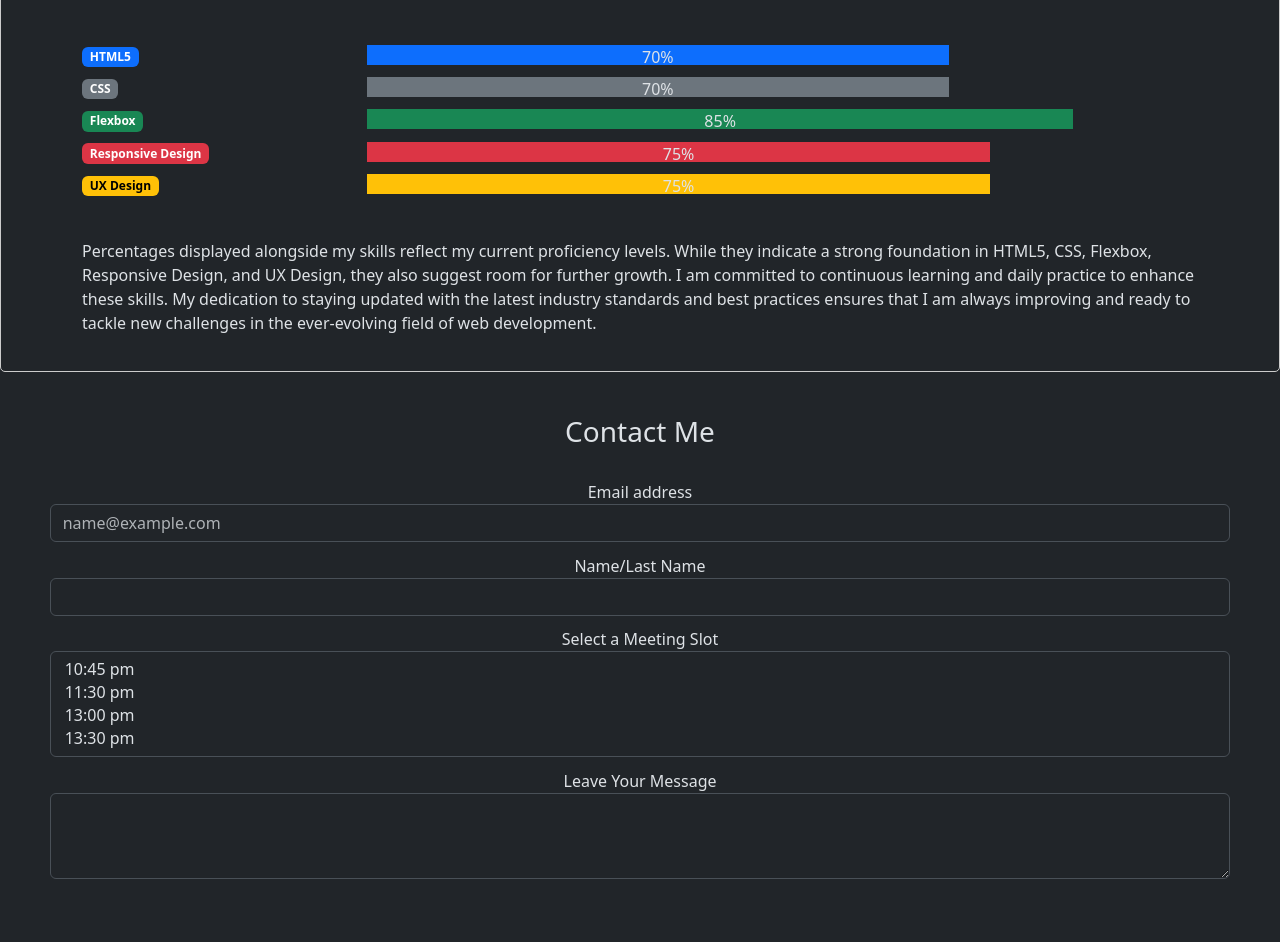
Repository: uvee35/Bootstrap-Portfolio
Page: index.html
An editor plug-in stored every save of this project. The page is shown before and after the next save, followed by the edit.
The browser window is 1280 px wide. The pictures show the part of the page from y = 1187 to 2139 px (the page is 2129 px tall before and 2139 px after).
A picture or video elsewhere on the page could not be fetched, so the positions and the page height are approximate.

Above is the page before, as saved 2023-12-18 20:28:30.

After the next save:
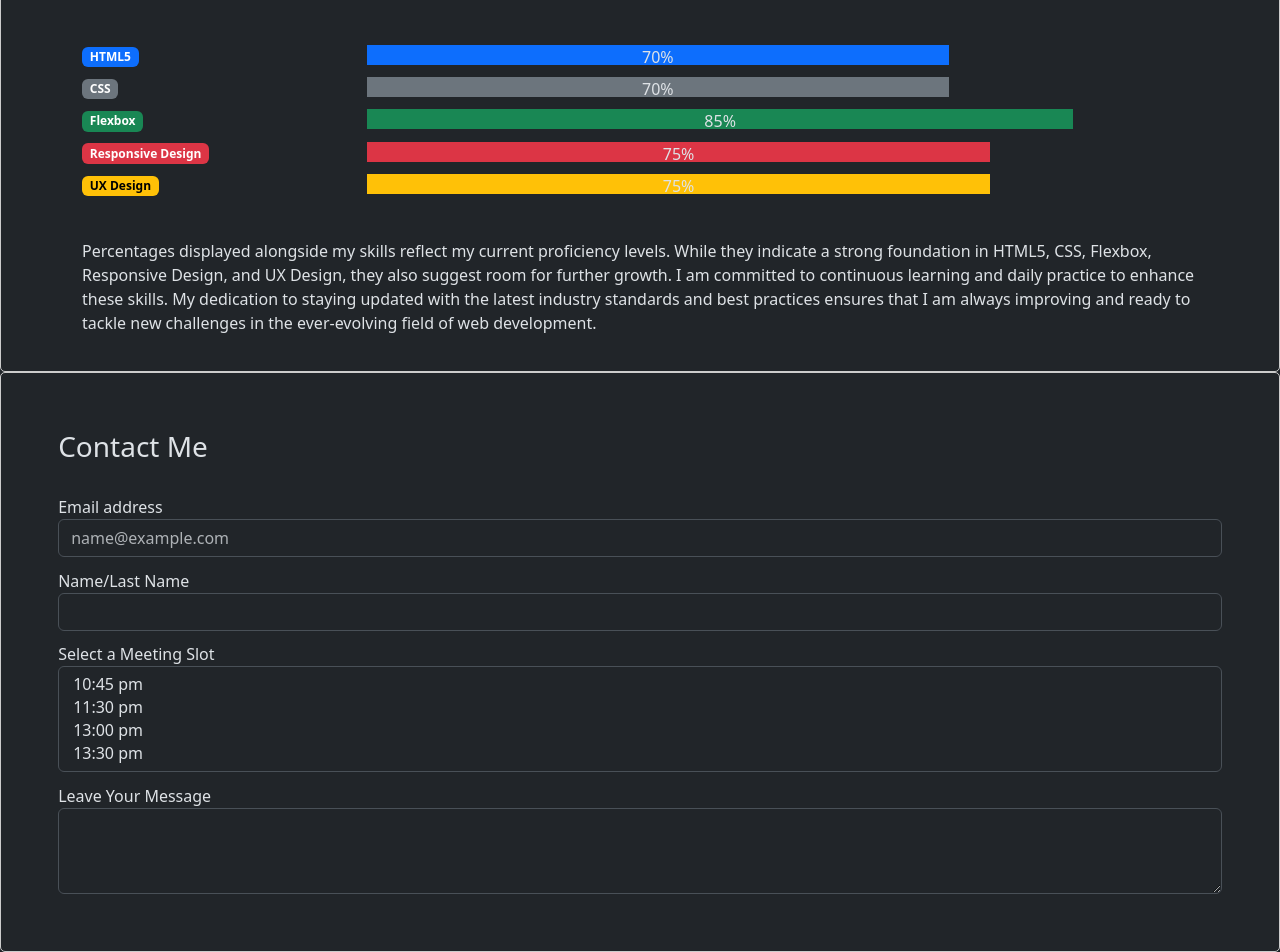
Saved 15 s later.
--- a/css/style.css
+++ b/css/style.css
@@ -40,7 +40,7 @@
 }
 
 #contact-me{
-  text-align: center;
- padding-top: 5px;
- padding-bottom: 2%;
+  border: 1px solid #ccc;
+    border-radius: 5px;
+    padding: 20px;
 }
